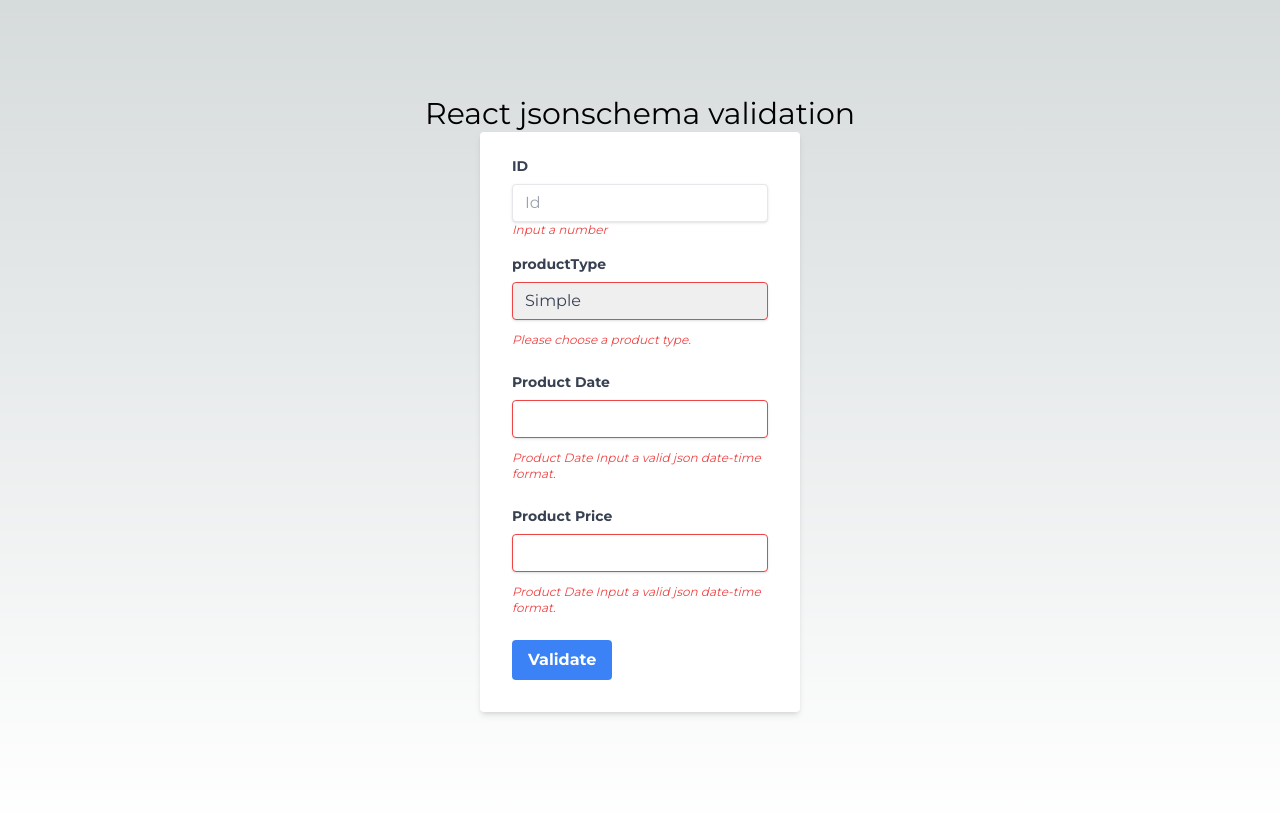
Repository: rajsenthil/react-jsonschema-validation
Page: /
An editor plug-in stored every save of this project. The page is shown before and after the next save, followed by the edit.
The browser window is 1280 px wide. The pictures show the whole page.
The page's requests for data from a server got no answer. The project was rebuilt for these pictures with package versions that can differ from the ones it lists, and the page was loaded fresh each time. The framework's server and built-in components were replaced by stand-ins that run in the browser. No one was signed in, and anything a server would have sent is missing. Also part of the build but not shown: next.config.js.

Above is the page before, as saved 2023-09-13 11:00:38.

After the next save:
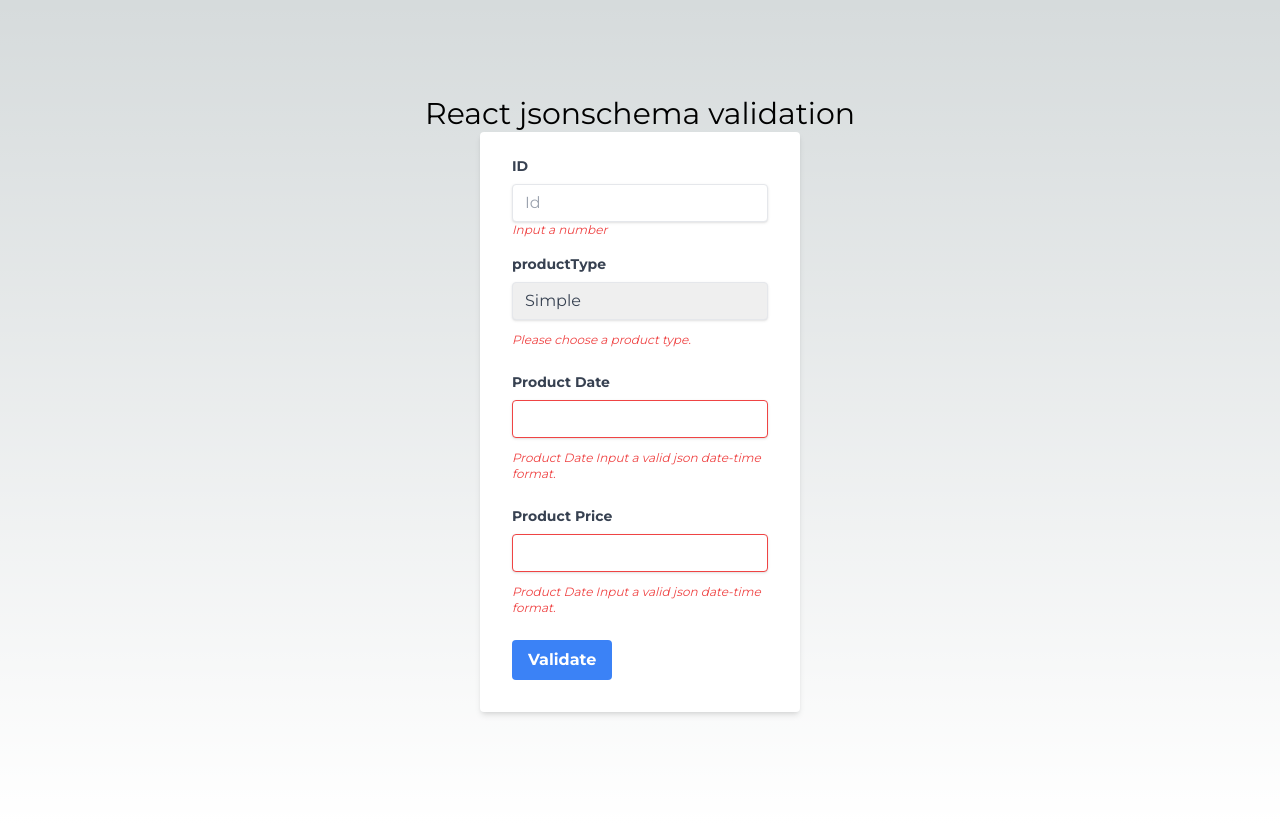
Saved 4 min 57 s later.
--- a/pages/index.tsx
+++ b/pages/index.tsx
@@ -88,7 +88,7 @@ export default function Home() {
               productType
             </label>
             <select
-              className='shadow appearance-none border border-red-500 rounded w-full py-2 px-3 text-gray-700 mb-3 leading-tight focus:outline-none focus:shadow-outline'
+              className='shadow appearance-none border rounded w-full py-2 px-3 text-gray-700 mb-3 leading-tight focus:outline-none focus:shadow-outline'
               id='productType'
             >
               <option value='Simple'>Simple</option>
